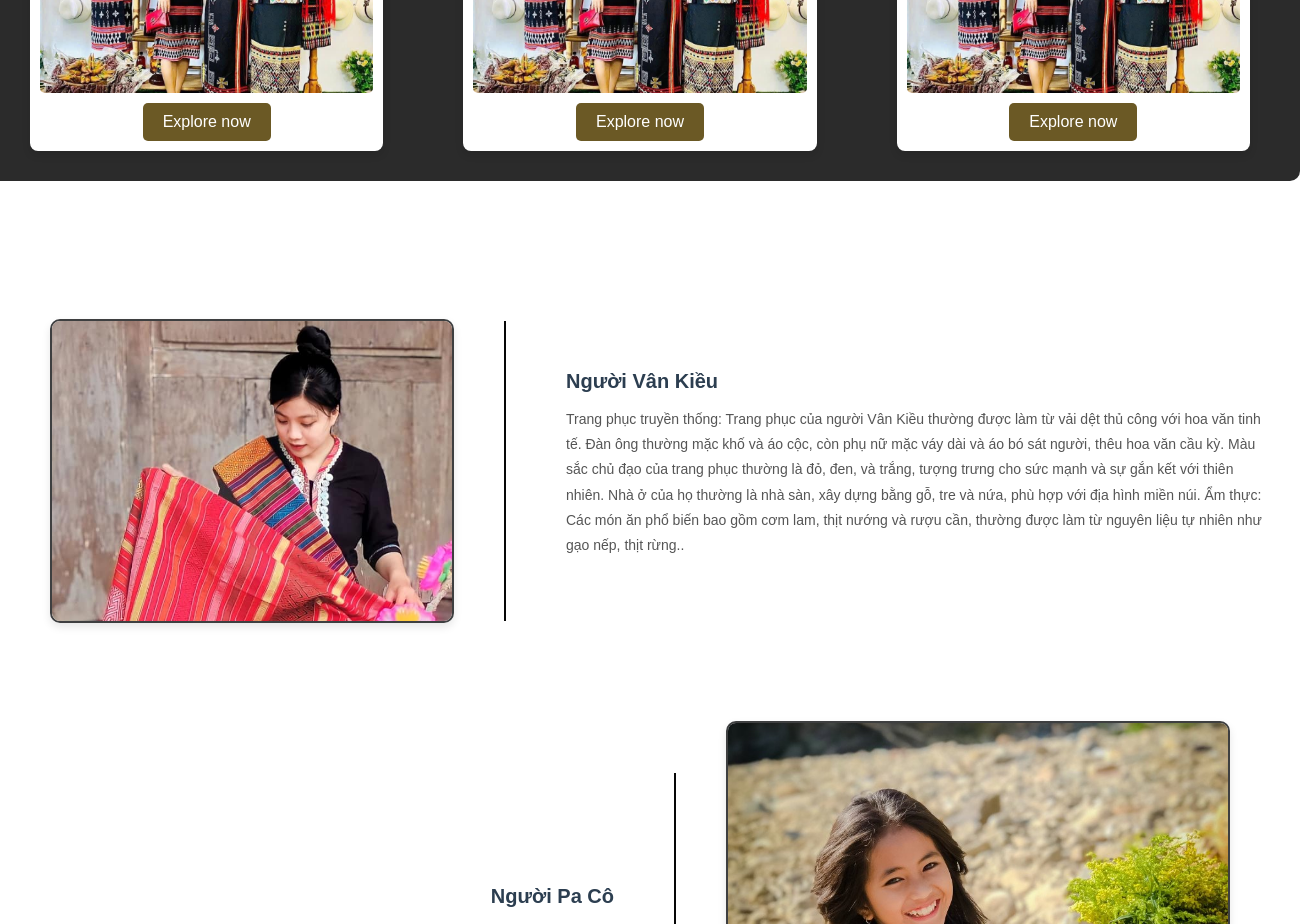
Repository: DangVai/LocalProduct
Page: Views/frontend/test.html
An editor plug-in stored every save of this project. The page is shown before and after the next save, followed by the edit.
The browser window is 1280 px wide. The page is 1300 px wide, so the pictures cover 1300 px, including what lies to the right of the window. The pictures show the part of the page from y = 1210 to 2134 px (the page is 2405 px tall).
Pictures or frames that could not be fetched are drawn as grey boxes.

Above is the page before, as saved 2024-12-19 11:04:54.

### Views/frontend/test.html
<!DOCTYPE html>
<html lang="en">

<head>
    <meta charset="UTF-8">
    <meta name="viewport" content="width=device-width, initial-scale=1.0">
    <title>Dynamic Banner</title>
    <style>
        body {
            margin: 0;
            font-family: Arial, sans-serif;
        }

        .container-Home {
            background-color: white;
            width: 100%;
            min-height: 100vh;
            display: flex;
            flex-direction: column;
            align-items: center;
        }

        .text-run {
            width: 100%;
            height: 50px;
            overflow: hidden;
            background: rgb(113, 74, 74);
            white-space: nowrap;
            box-sizing: border-box;
            margin-bottom: 0px;
            text-align: center;
        }

        .text-run span {
            display: inline-block;
            padding-left: 100%;
            animation: marquee 10s linear infinite;
            font-size: 15px;
            padding-top: 18px;
            font-weight: bold;
            color: white;
        }

        @keyframes marquee {
            0% {
                transform: translateX(0);
            }
            100% {
                transform: translateX(-100%);
            }
        }

        .banner {
            position: relative;
            width: 100%;
            height: 600px;
            display: flex;
            justify-content: center;
            align-items: center;
        }

        .banner img {
            width: 100%;
            height: 100%;
            object-fit: cover;
            box-shadow: 10px 10px 15px rgba(0, 0, 0, 0.5);
        }

        .img-sliders {
            width: 100%;
            height: 250px;
            margin-top: 20px;
            margin-bottom: 20px;
            display: flex;
            justify-content: space-between;
            gap: 15px;
        }

        .slider-container {
            flex: 1;
            overflow: hidden;
            border: 2px solid #ddd;
            border-radius: 10px;
        }

        .slides {
            display: flex;
            transition: transform 0.5s ease-in-out;
        }

        .slide {
            width: 100%;
            flex-shrink: 0;
            object-fit: cover;
        }

        .header {
            top: 0;
            left: 0;
            display: flex;
            width: 100%;
            height: 200px;
            align-items: center;
            position: fixed;
            z-index: 4;
            box-shadow: 0 6px 8px rgba(0, 0, 0, 0.1);
            background-color: white;
        }

        .box_logo {
            width: 20%;
            display: flex;
            align-items: center;
        }

        .box_logo img {
            position: absolute;
            top: 10px;
            left: 30px;
            width: 170px;
            height: 160px;
            z-index: 10;
            margin-right: 100px;
        }

        .nav {
            width: 40%;
            height: 45%;
            display: flex;
            margin-right: 200px;
            justify-content: center;
            align-items: center;
            justify-content: space-evenly;
            border-radius: 10px;
            font-size: 40px;
            color: black;
            box-shadow: 0 6px 8px rgba(0, 0, 0, 0.1);
            background-color: rgba(163, 116, 116, 0.667);
        }

        .nav p {
            cursor: pointer;
        }

        .nav p:hover {
            font-size: 30px;
        }
        /* Sreach  */

        .searchHome {
            display: flex;
            align-items: center;
            justify-content: center;
            background-color: white;
            border: 2px black solid;
            box-shadow: 0 6px 8px rgba(0, 0, 0, 0.1);
            padding: 10px;
            border-radius: 20px;
            width: 450px;
            height: 20%;
        }

        .searchInput {
            flex: 1;
            border: none;
            padding: 5px 10px;
            font-size: 30px;
            outline: none;
        }

        .searchButton {
            border: none;
            background-color: #ffffff;
            color: white;
            padding: 5px 15px;
            border-radius: 0 5px 5px 0;
            cursor: pointer;
            height: 40px;
            width: 40px;
        }

        .searchButton:hover {
            background-color: #fcfeff;
        }
        /* end search */

        .account {
            width: 4%;
            display: flex;
            align-items: center;
            justify-content: center;
        }

        .box-account {
            border: 2px solid rgb(6, 6, 6);
            width: 70px;
            height: 50px;
            display: flex;
            align-items: center;
            justify-content: center;
            border-radius: 50%;
            margin-left: 100px;
        }

        .box-account i {
            font-size: 35px;
            color: white;
            cursor: pointer;
        }

        a {
            text-decoration: none;
            color: #fff;
        }

        .categories {
            width: 100%;
            display: flex;
            justify-content: space-between;
            gap: 20px;
            margin: 20px;
            background-color: #2b2b2b;
            padding: 20px;
            border-radius: 10px;
        }

        .page {
            flex: 1;
            background-color: white;
            border-radius: 8px;
            padding: 10px;
            margin: 10px 30px 10px 30px;
            box-shadow: 0 4px 8px rgba(0, 0, 0, 0.1);
            text-align: center;
        }

        .page p {
            font-size: 20px;
            font-weight: bold;
            margin-bottom: 10px;
            color: #6b5925;
        }

        .slider {
            position: relative;
            display: flex;
            align-items: center;
            margin-bottom: 10px;
        }

        .images {
            display: flex;
            overflow: hidden;
            width: 100%;
            gap: 25px;
        }

        .images img {
            width: 100%;
            height: 250px;
            /* margin-left: 0px; */
            object-fit: cover;
            border-radius: 5px;
        }

        button.explore-btn {
            background-color: #6b5925;
            color: white;
            border: none;
            padding: 10px 20px;
            font-size: 16px;
            border-radius: 5px;
            cursor: pointer;
        }

        button.explore-btn a {
            text-decoration: none;
            color: white;
        }

        button.explore-btn:hover {
            background-color: #52451d;
        }

        button.prev:hover,
        button.next:hover {
            background-color: #52451d;
        }
        /* Giới thiệu : */
        /* Bố cục chính */
        /* Tổng thể bố cục */

        .introduce {
            margin-top: 50px;
            width: 100%;
            display: flex;
            flex-direction: column;
            /* Chia theo chiều dọc */
            gap: 50px;
            /* Khoảng cách giữa các phần */
            padding: 20px;
            margin-bottom: 50px;
        }
        /* Phần chung cho vk và pc */

        .vk,
        .pc {
            display: flex;
            flex-direction: row;
            align-items: center;
            justify-content: space-between;
            gap: 50px;
            width: 100%;
        }
        /* Hình ảnh */

        .pc img {
            width: 500px;
            height: 400px;
            border-radius: 10px;
            border: 2px solid #3e3f40;
            object-fit: cover;
            /* Đảm bảo hình ảnh không bị méo */
            box-shadow: 0 4px 8px rgba(0, 0, 0, 0.1);
            margin-right: 50px
        }

        .vk img {
            width: 400px;
            height: 300px;
            border-radius: 10px;
            border: 2px solid #3e3f40;
            object-fit: cover;
            /* Đảm bảo hình ảnh không bị méo */
            box-shadow: 0 4px 8px rgba(0, 0, 0, 0.1);
            margin-left: 50px;
        }
        /* Gạch dọc */

        .vk .gach,
        .pc .gach {
            width: 2px;
            height: 300px;
            background-color: #070707;
        }

        .vk-text {
            flex: 1;
            padding: 0 10px;
            text-align: left;
        }

        .pc-text {
            flex: 1;
            padding: 0 10px;
            text-align: right;
        }

        .vk-text h3,
        .pc-text h3 {
            font-size: 20px;
            color: #2c3e50;
            margin: 0 0 10px;
        }

        .vk-text p,
        .pc-text p {
            font-size: 14px;
            color: #555;
            line-height: 1.8;
        }
        /* Đảm bảo phần giới thiệu không bị lỗi chiều cao */

        .vk,
        .pc {
            min-height: 400px;
        }
    </style>
</head>

<body>

    <div class="header">
        <!-- Logo -->
        <div class="box_logo">
            <img src="/public/images/logo.jpg" alt="logo">
        </div>

        <!-- Navigation Menu -->
        <div class="nav">
            <p><b>Home</b></p>
            <p><b>Thời Trang</b></p>
            <p><b>Ẩm thực</b></p>
            <p><b>Khác</b></p>
        </div>

        <!-- Search -->
        <div class="searchHome">
            <input type="text" placeholder="Tìm kiếm..." class="searchInput">
            <button class="searchButton">
                🔍
    </button>
        </div>

        <!-- User Account -->
        <div class="account">
            <div class="box-account">
                <i class="fa-regular fa-user"></i>
            </div>
        </div>

        <!-- User Name and Dropdown Menu -->
        <div class="name-user">
            <p>
                <p>John Doe</p>
            </p>
            <div class="dropdown-menu" id="account-menu">
                <div>
                    <a href="#"><i class="fas fa-user fa-sm fa-fw mr-2 text-gray-400"></i> Profile</a>
                </div>

                <div>
                    <a href="#"><i class="fas fa-sign-in-alt fa-sm fa-fw mr-2 text-gray-400"></i> Log in</a>
                </div>
                <div>
                    <a href="#"><i class="fas fa-sign-out-alt fa-sm fa-fw mr-2 text-gray-400"></i> Log out</a>
                </div>
            </div>
        </div>
    </div>

    <div class="container-Home">
        <!-- Chữ chạy -->
        <div class="text-run">
            <span>Chào mừng bạn đến với cửa hàng thời trang Vân Kiều và Pa Cô! Khám phá các sản phẩm đặc sắc ngay hôm nay!</span>
        </div>

        <!-- Banner -->
        <div class="banner">
            <img src="/public/images/Vân Kiều - Pa Cô.png" alt="Banner">
        </div>

        <!-- Các mục hình ảnh -->
        <div class="img-sliders">
            <!-- Slider 1 -->
            <div class="slider-container">
                <div class="slides" id="slider1">
                    <img src="/public/images/R.jpg" class="slide" alt="Slide 1">
                    <img src="/public/images/slide2.jpg" class="slide" alt="Slide 2">
                    <img src="/public/images/slide3.jpg" class="slide" alt="Slide 3">
                </div>
            </div>

            <!-- Slider 2 -->
            <div class="slider-container">
                <div class="slides" id="slider2">
                    <img src="/public/images/slide3.jpg" class="slide" alt="Slide 1">
                    <img src="/public/images/R.jpg" class="slide" alt="Slide 2">
                    <img src="/public/images/slide2.jpg" class="slide" alt="Slide 3">
                </div>
            </div>

            <!-- Slider 3 -->
            <div class="slider-container">
                <div class="slides" id="slider3">
                    <img src="/public/images/slide2.jpg" class="slide" alt="Slide 1">
                    <img src="/public/images/slide3.jpg" class="slide" alt="Slide 2">
                    <img src="/public/images/R.jpg" class="slide" alt="Slide 3">
                </div>
            </div>
        </div>
        <div class="categories">
            <div class="page">
                <p>National Costume</p>
                <div class="slider">
                    <div class="images">
                        <img src="/public/images/slide2.jpg" alt="Costume 1">
                    </div>
                </div>
                <button class="explore-btn"><a href="#">Explore now</a></button>
            </div>
            <div class="page">
                <p>Cuisine</p>
                <div class="slider">
                    <div class="images">
                        <img src="/public/images/slide2.jpg" alt="Cuisine 1">
                    </div>
                </div>
                <button class="explore-btn"><a href="#">Explore now</a></button>
            </div>
            <div class="page">
                <p>Other Products</p>
                <div class="slider">
                    <div class="images">
                        <img src="/public/images/slide2.jpg" alt="Other 1">
                    </div>
                </div>
                <button class="explore-btn"><a href="#">Explore now</a></button>
            </div>
        </div>
        <div class="introduce">
            <div class="vk">
                <img src="/public/images/Chị Huyền.jpg" alt="Người Vân Kiều" class="vkimg">
                <div class="gach"></div>
                <div class="vk-text">
                    <h3>Người Vân Kiều</h3>
                    <p>Trang phục truyền thống: Trang phục của người Vân Kiều thường được làm từ vải dệt thủ công với hoa văn tinh tế. Đàn ông thường mặc khố và áo cộc, còn phụ nữ mặc váy dài và áo bó sát người, thêu hoa văn cầu kỳ. Màu sắc chủ đạo của trang
                        phục thường là đỏ, đen, và trắng, tượng trưng cho sức mạnh và sự gắn kết với thiên nhiên. Nhà ở của họ thường là nhà sàn, xây dựng bằng gỗ, tre và nứa, phù hợp với địa hình miền núi. Ẩm thực: Các món ăn phổ biến bao gồm cơm lam,
                        thịt nướng và rượu cần, thường được làm từ nguyên liệu tự nhiên như gạo nếp, thịt rừng..</p>
                </div>
            </div>
            <div class="pc">
                <div class="pc-text">
                    <h3>Người Pa Cô</h3>
                    <p>Thời trang và đồ ăn phản ánh văn hóa truyền thống.</p>
                </div>
                <div class="gach"></div>
                <img src="/public/images/khánh Huyền.jpg" alt="Người Pa Cô" class="pcimg">
            </div>
        </div>

    </div>


    <script>
        function autoSlide(sliderId) {
            const slides = document.querySelector(`#${sliderId}`);
            const totalSlides = slides.children.length;
            let currentSlide = 0;

            setInterval(() => {
                currentSlide = (currentSlide + 1) % totalSlides;
                const offset = -currentSlide * 100;
                slides.style.transform = `translateX(${offset}%)`;
            }, 3000); // Thay đổi ảnh sau mỗi 3 giây
        }

        autoSlide('slider1');
        autoSlide('slider2');
        autoSlide('slider3');
    </script>
</body>

</html>

After the next save:
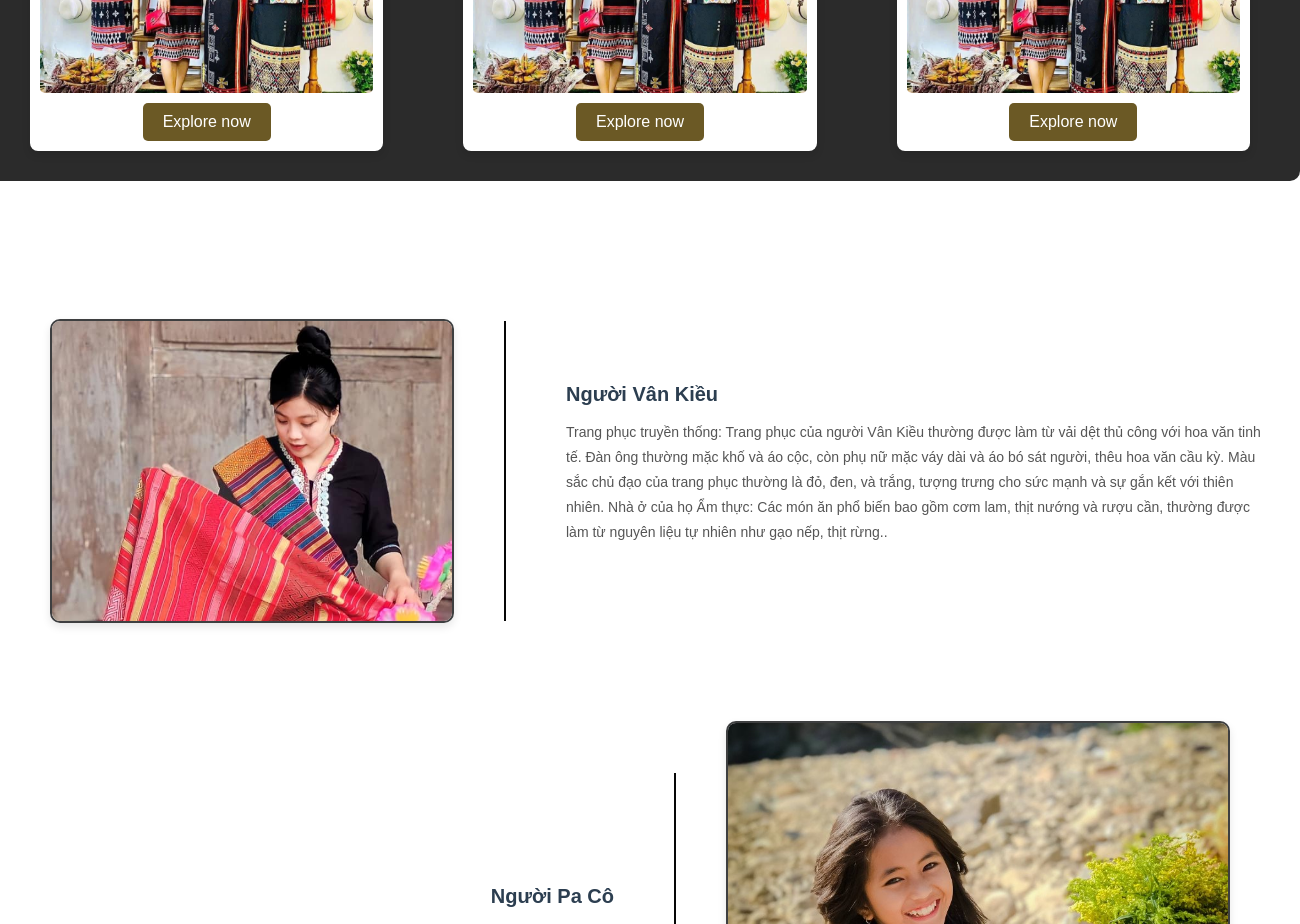
Saved 15 s later.
--- a/Views/frontend/test.html
+++ b/Views/frontend/test.html
@@ -505,8 +505,8 @@
                 <div class="vk-text">
                     <h3>Người Vân Kiều</h3>
                     <p>Trang phục truyền thống: Trang phục của người Vân Kiều thường được làm từ vải dệt thủ công với hoa văn tinh tế. Đàn ông thường mặc khố và áo cộc, còn phụ nữ mặc váy dài và áo bó sát người, thêu hoa văn cầu kỳ. Màu sắc chủ đạo của trang
-                        phục thường là đỏ, đen, và trắng, tượng trưng cho sức mạnh và sự gắn kết với thiên nhiên. Nhà ở của họ thường là nhà sàn, xây dựng bằng gỗ, tre và nứa, phù hợp với địa hình miền núi. Ẩm thực: Các món ăn phổ biến bao gồm cơm lam,
-                        thịt nướng và rượu cần, thường được làm từ nguyên liệu tự nhiên như gạo nếp, thịt rừng..</p>
+                        phục thường là đỏ, đen, và trắng, tượng trưng cho sức mạnh và sự gắn kết với thiên nhiên. Nhà ở của họ Ẩm thực: Các món ăn phổ biến bao gồm cơm lam, thịt nướng và rượu cần, thường được làm từ nguyên liệu tự nhiên như gạo nếp, thịt
+                        rừng..</p>
                 </div>
             </div>
             <div class="pc">
